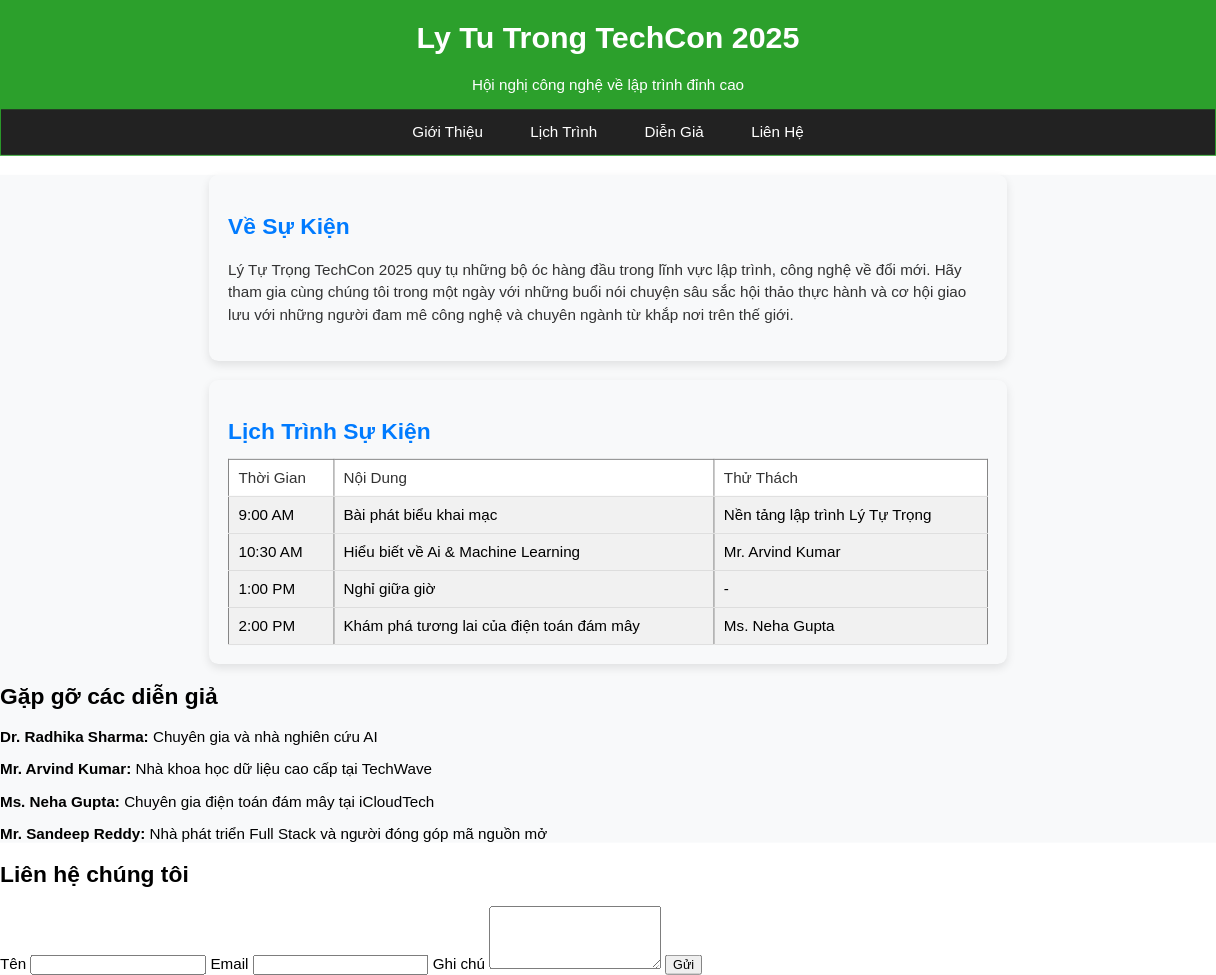
Repository: NhatMinh121/BaiTapVeNha1
Page: index.html
An editor plug-in stored every save of this project. The page is shown before and after the next save, followed by the edit.
The browser window is 1280 px wide. The pictures show the whole page, at 95% of full size.

Above is the page before, as saved 2025-03-28 23:12:02.

### index.html
<!DOCTYPE html>
<html lang="en">

<head>
    <meta charset="UTF-8">
    <meta name="viewport" content="width=device-width, initial-scale=1.0">
    <title>Lý Tự Trọng TechCon 2025</title>
    <link rel="stylesheet" href="style.css">
</head>

<body>
    <header>
        <h1>Ly Tu Trong TechCon 2025</h1>
        <p>Hội nghị công nghệ về lập trình đỉnh cao</p>
        <div class="menu">
            <nav>
                <ul>
                    <li>Giới Thiệu</li>
                    <li>Lịch Trình</li>
                    <li>Diễn Giả</li>
                    <li>Liên Hệ</li>
                </ul>
            </nav>
        </div>

    </header>
    <main>
        <div class="main-event">
            <h2>Về Sự Kiện</h2>
            <p>Lý Tự Trọng TechCon 2025 quy tụ những bộ óc hàng đầu trong lĩnh vực lập trình, công nghệ về đổi mới. Hãy tham gia cùng chúng tôi trong một ngày với những buổi nói chuyện sâu sắc hội thảo thực hành và cơ hội giao lưu với những người đam mê
                công nghệ và chuyên ngành từ khắp nơi trên thế giới.</p>
        </div>
        <div class="main-schedule">
            <h2>Lịch Trình Sự Kiện</h2>
            <table border="1">
                <tr>
                    <td>Thời Gian</td>
                    <td>Nội Dung</td>
                    <td>Thử Thách</td>
                </tr>
                <tr>
                    <th>9:00 AM</th>
                    <th>Bài phát biểu khai mạc</th>
                    <th>Nền tảng lập trình Lý Tự Trọng</th>
                </tr>
                <tr>
                    <th>10:30 AM</th>
                    <th>Hiểu biết về Ai & Machine Learning</th>
                    <th>Mr. Arvind Kumar</th>
                </tr>
                <tr>
                    <th>1:00 PM</th>
                    <th>Nghỉ giữa giờ</th>
                    <th>-</th>
                </tr>
                <tr>
                    <th>2:00 PM</th>
                    <th>Khám phá tương lai của điện toán đám mây</th>
                    <th>Ms. Neha Gupta</th>
                </tr>
            </table>
        </div>
        <div class="Meeting">
            <h2>Gặp gỡ các diễn giả</h2>
            <p><strong>Dr. Radhika Sharma:</strong> Chuyên gia và nhà nghiên cứu AI</p>
            <p><strong>Mr. Arvind Kumar:</strong> Nhà khoa học dữ liệu cao cấp tại TechWave</p>
            <p><strong>Ms. Neha Gupta:</strong> Chuyên gia điện toán đám mây tại iCloudTech</p>
            <p><strong>Mr. Sandeep Reddy:</strong> Nhà phát triển Full Stack và người đóng góp mã nguồn mở</p>
        </div>
    </main>

    <footer>
        <div class="footer-contract">
            <h2>Liên hệ chúng tôi</h2>
            <form action="#" method="post">
                <label for="name">Tên</label>
                <input type="text" id="name" name="name" required>
                <label for="email">Email</label>
                <input type="email" id="email" name="email" required>
                <label for="message">Ghi chú</label>
                <textarea id="message" name="message" rows="4" required></textarea>
                <button type="submit" value="Gửi">Gửi</button>
            </form>
        </div>

    </footer>

</body>

### style.css
body {
    margin: 0;
    padding: 0;
    box-sizing: border-box;
    font-family: Arial, sans-serif;
}

header {
    background-color: #2ca02c;
    color: white;
    padding: 1px;
    text-align: center;
}

.menu {
    background-color: #222;
    padding: 10px 5px;
}

.menu ul {
    list-style: none;
    padding: 0;
    margin: 0;
    display: flex;
    justify-content: center;
    gap: 20px;
}

.menu ul li {
    color: white;
    text-decoration: none;
    font-size: 16px;
    cursor: pointer;
    padding: 5px 15px;
    transition: background 0.3s;
}

.menu ul li:hover {
    background-color: #444;
    border-radius: 5px;
}

main {
    background-color: #f8f9fa;
}

.main-event {
    padding: 20px;
    border-radius: 10px;
    box-shadow: 0px 4px 10px rgba(0, 0, 0, 0.1);
    max-width: 800px;
    margin: 20px auto;
}

.main-event h2 {
    color: #007bff;
    font-size: 24px;
    font-weight: bold;
}

.main-event p {
    font-size: 16px;
    line-height: 1.5;
    color: #333;
}

.main-schedule {
    padding: 20px;
    border-radius: 10px;
    box-shadow: 0px 4px 10px rgba(0, 0, 0, 0.1);
    max-width: 800px;
    margin: 20px auto;
}

.main-schedule h2 {
    color: #007bff;
    font-size: 24px;
    font-weight: bold;
    margin-bottom: 15px;
}

.main-schedule table {
    width: 100%;
    border-collapse: collapse;
    background-color: white;
}

th,
td {
    padding: 10px;
    text-align: left;
    border-bottom: 1px solid #ddd;
}

td {
    font-size: 16px;
    color: #333;
}

th {
    background-color: #f1f1f1;
    font-weight: normal;
}

tr:nth-child(even) {
    background-color: #f9f9f9;
}

tr:hover {
    background-color: #e2e6ea;
}

After the next save:
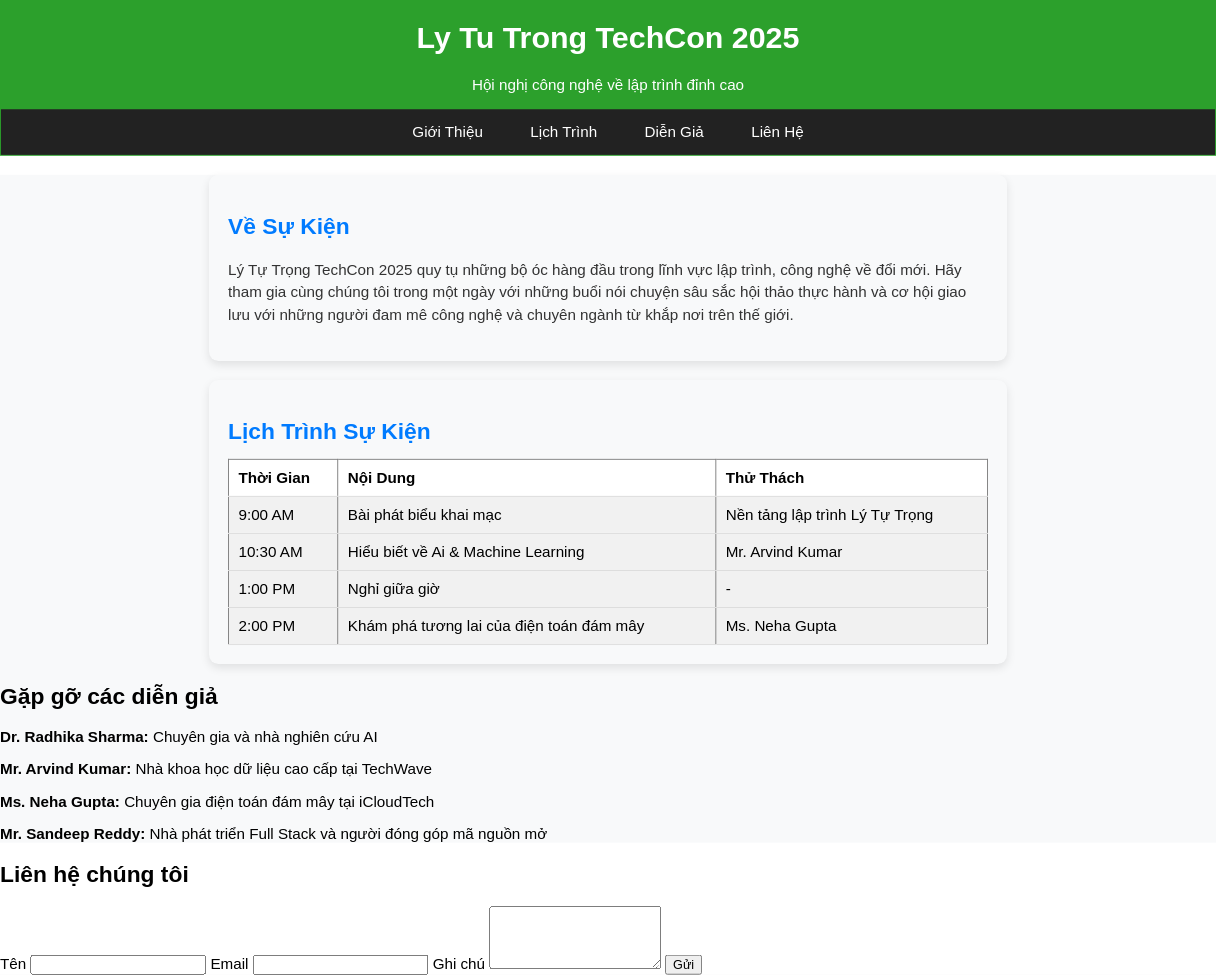
Saved 23 s later.
--- a/style.css
+++ b/style.css
@@ -93,8 +93,7 @@
 }
 
 td {
-    font-size: 16px;
-    color: #333;
+    font-weight: bolder;
 }
 
 th {
